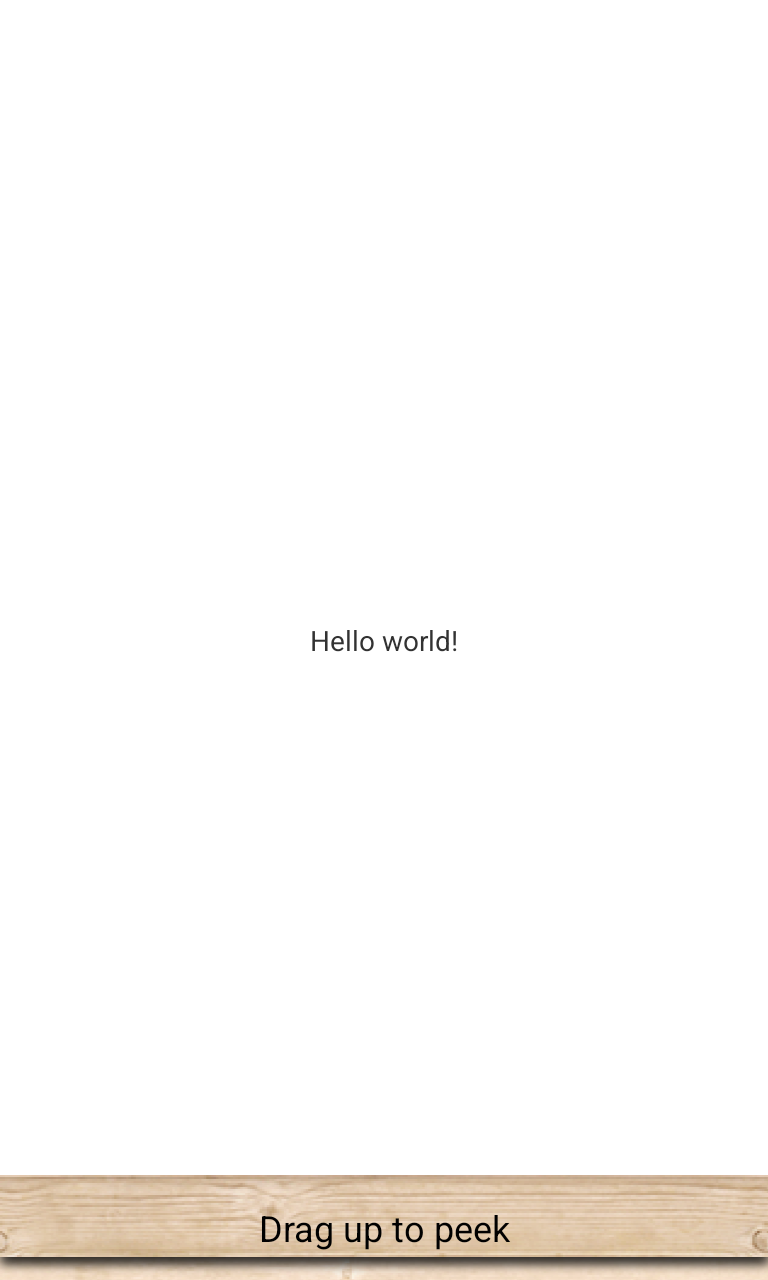
Repository: CrisFeo/JacksonPass
Layout: Android/Passwarp/res/layout/activity_main.xml
An editor plug-in stored every save of this project. The layout is shown before and after the next save, followed by the edit.
It is drawn on a 768 x 1280 px phone screen (xhdpi) without system bars, with theme AppTheme; the app's code is not run.

Above is the layout before, as saved 2012-09-15 20:34:11.

### Android/Passwarp/res/layout/activity_main.xml
<RelativeLayout xmlns:android="http://schemas.android.com/apk/res/android"
    xmlns:tools="http://schemas.android.com/tools"
    android:layout_width="match_parent"
    android:layout_height="match_parent" >

    <TextView
        android:layout_width="wrap_content"
        android:layout_height="wrap_content"
        android:layout_centerHorizontal="true"
        android:layout_centerVertical="true"
        android:text="@string/hello_world"
        tools:context=".MainActivity" />

    <SlidingDrawer
        android:id="@+id/slidingDrawer1"
        android:layout_width="match_parent"
        android:layout_height="match_parent"
        android:layout_alignParentTop="true"
        android:layout_centerHorizontal="true"
        android:content="@+id/content"
        android:handle="@+id/handle" >

        <Button
            android:id="@+id/handle"
            android:layout_width="match_parent"
            android:layout_height="wrap_content"
            android:background="@drawable/tileable_wood_texture_2x_crop"
            android:text="Drag up to peek" />

        <LinearLayout
            android:id="@+id/content"
            android:layout_width="match_parent"
            android:layout_height="109dp"
            android:orientation="vertical" >

            <TableLayout
                android:layout_width="match_parent"
                android:layout_height="match_parent"
                android:background="@drawable/backrepeat" >

                <TableRow
                    android:id="@+id/tableRow1"
                    android:layout_width="wrap_content"
                    android:layout_height="wrap_content" >

                    <TextView
                        android:id="@+id/textView1"
                        android:layout_width="wrap_content"
                        android:layout_height="wrap_content"
                        android:text="Row 1: information" />

                </TableRow>

                <TableRow
                    android:id="@+id/tableRow2"
                    android:layout_width="wrap_content"
                    android:layout_height="wrap_content" >

                    <TextView
                        android:id="@+id/textView2"
                        android:layout_width="wrap_content"
                        android:layout_height="wrap_content"
                        android:text="Row 1: information" />

                </TableRow>

                <TableRow
                    android:id="@+id/tableRow3"
                    android:layout_width="wrap_content"
                    android:layout_height="wrap_content" >

                    <TextView
                        android:id="@+id/textView3"
                        android:layout_width="wrap_content"
                        android:layout_height="wrap_content"
                        android:text="Row 1: information" />

                </TableRow>

                <TableRow
                    android:id="@+id/tableRow4"
                    android:layout_width="wrap_content"
                    android:layout_height="wrap_content" >
                </TableRow>
            </TableLayout>
        </LinearLayout>
    </SlidingDrawer>

</RelativeLayout>

### Android/Passwarp/res/values/strings.xml
<resources>

    <string name="app_name">PassAdapt</string>
    <string name="hello_world">Hello world!</string>
    <string name="menu_settings">Settings</string>
    <string name="title_activity_main">PassAdapt</string>

</resources>

### Android/Passwarp/res/drawable-xhdpi/backrepeat.xml
<bitmap xmlns:android="http://schemas.android.com/apk/res/android"
    android:dither="true"
    android:src="@drawable/tileable_wood_texture_2x"
    android:tileMode="repeat" />

Loaded but not shown: Android/Passwarp/res/values-v11/styles.xml (common file); Android/Passwarp/res/values-v14/styles.xml (common file); Android/Passwarp/res/values/styles.xml (common file)

After the next save:
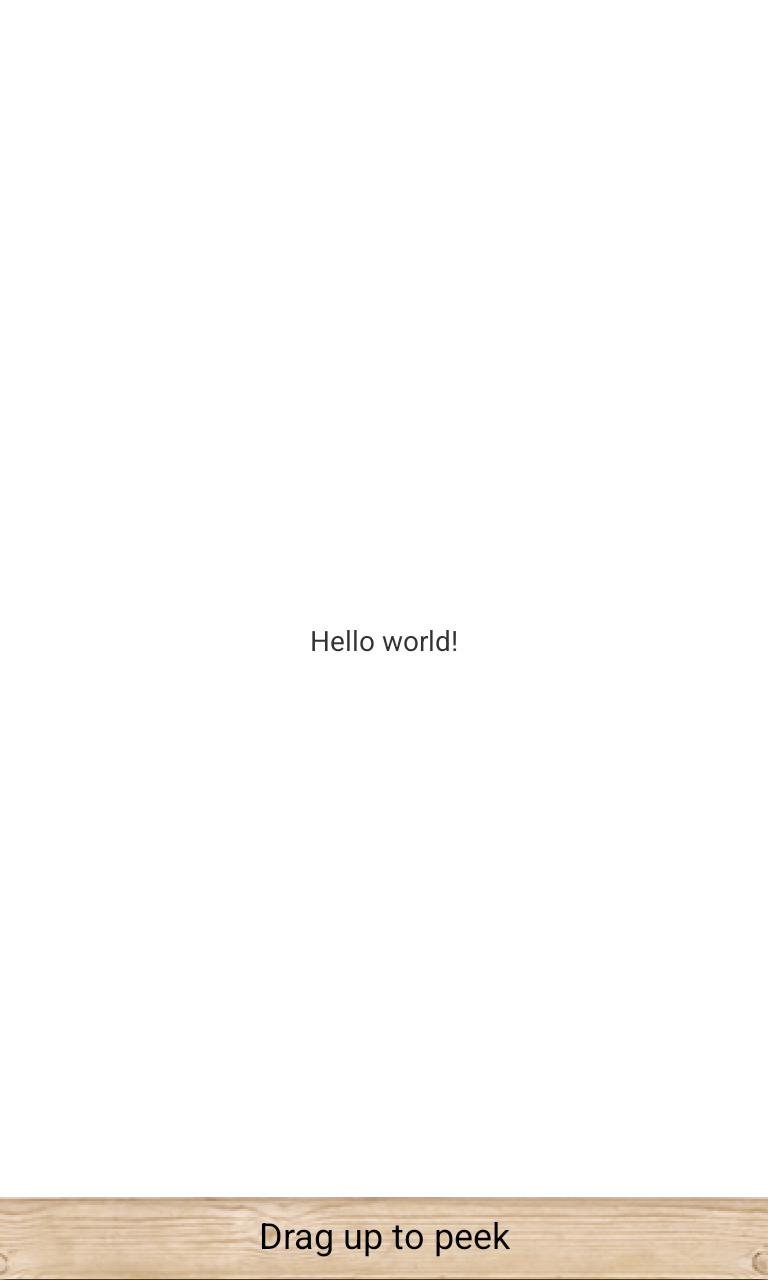
Saved 115 s later.
--- a/Android/Passwarp/res/layout/activity_main.xml
+++ b/Android/Passwarp/res/layout/activity_main.xml
@@ -17,6 +17,7 @@
         android:layout_height="match_parent"
         android:layout_alignParentTop="true"
         android:layout_centerHorizontal="true"
+        android:bottomOffset="11dip"
         android:content="@+id/content"
         android:handle="@+id/handle" >
 
@@ -25,6 +26,7 @@
             android:layout_width="match_parent"
             android:layout_height="wrap_content"
             android:background="@drawable/tileable_wood_texture_2x_crop"
+            android:paddingBottom="15dip"
             android:text="Drag up to peek" />
 
         <LinearLayout
